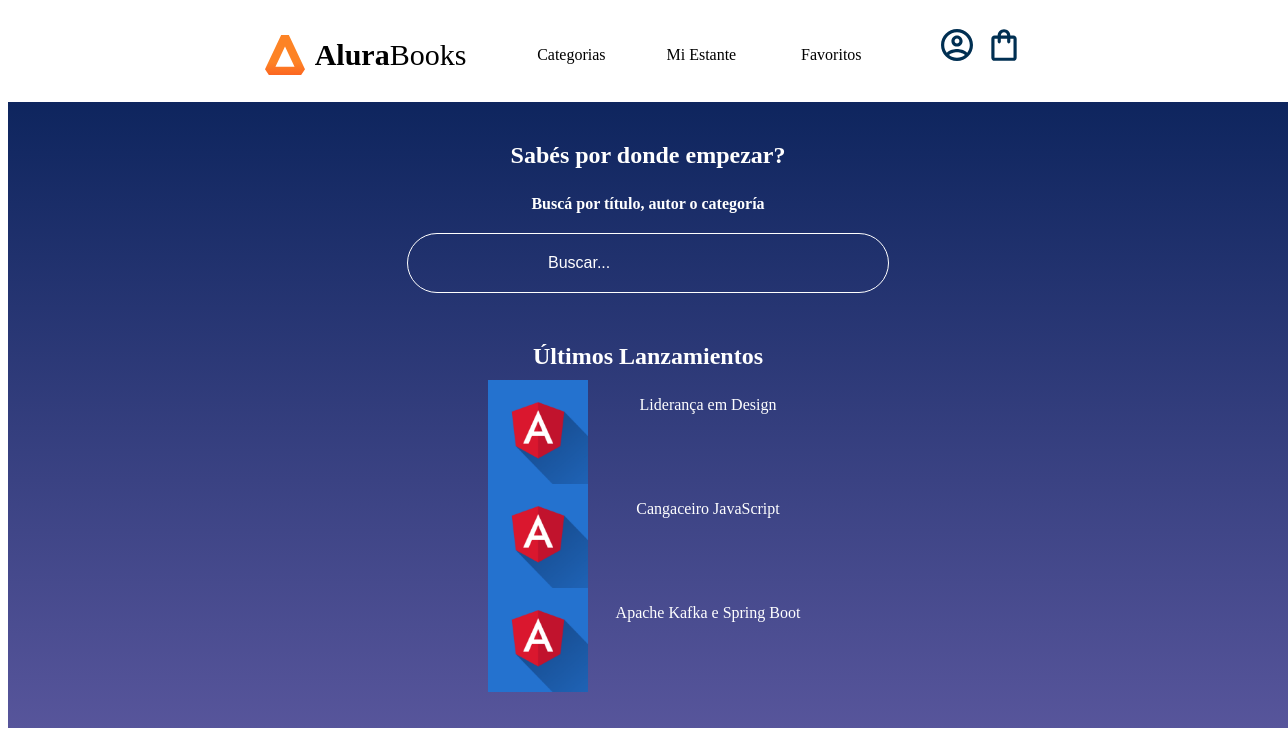
Repository: SandroG1977/Alura.Books
Page: /
These files come from the project's save history. The page is drawn as it stood at one moment and after the next save; the edit follows.
The browser window is 1280 px wide. The page is 1288 px wide, so the pictures cover 1288 px, including what lies to the right of the window. The pictures show the whole page.
The project was rebuilt for these pictures with package versions that can differ from the ones it lists, and the page was loaded fresh each time.

Above is the page before, as saved 2026-04-09 17:16:11.

After the next save:
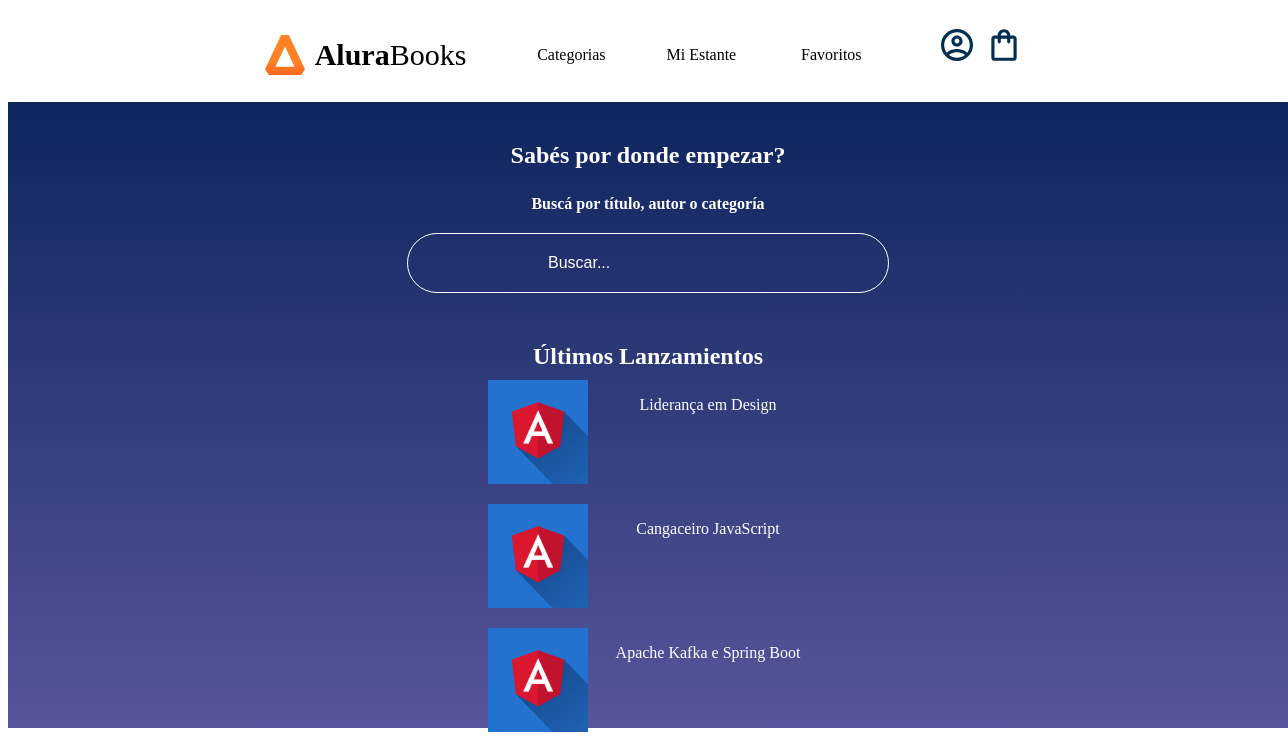
Saved 17 s later.
--- a/src/components/UltimoLanzamientos/index.js
+++ b/src/components/UltimoLanzamientos/index.js
@@ -19,6 +19,8 @@
     display: flex;
     justify-content: center;
     align-items: flex-start;
+    flux-direction: row;
+    margin-bottom: 20px;
     gap: 20px;
 
     img {
